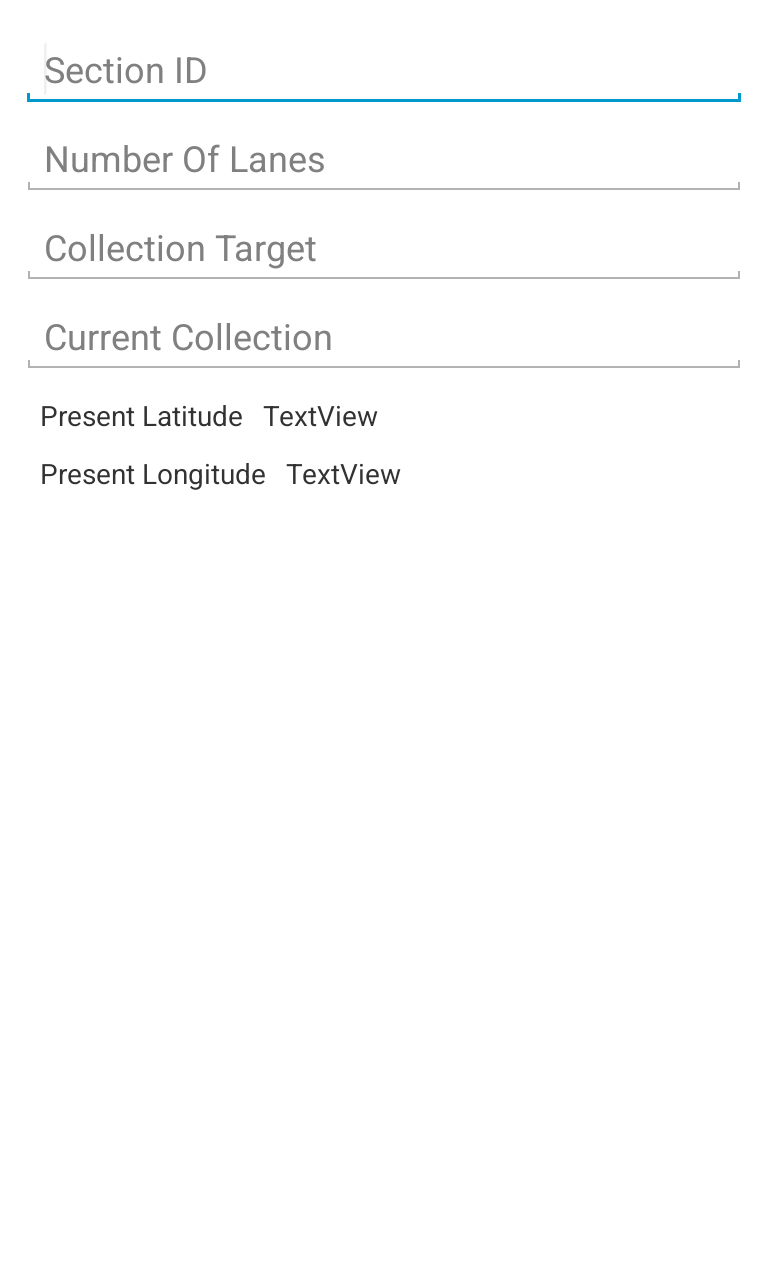
Repository: greatrakshit/Personal
Layout: POIRecorder/res/layout/activity_toll_booth.xml
An editor plug-in stored every save of this project. The layout is shown before and after the next save, followed by the edit.
It is drawn on a 768 x 1280 px phone screen (xhdpi) without system bars, with theme AppTheme; the app's code is not run.

Above is the layout before, as saved 2014-09-14 13:20:20.

After the next save:
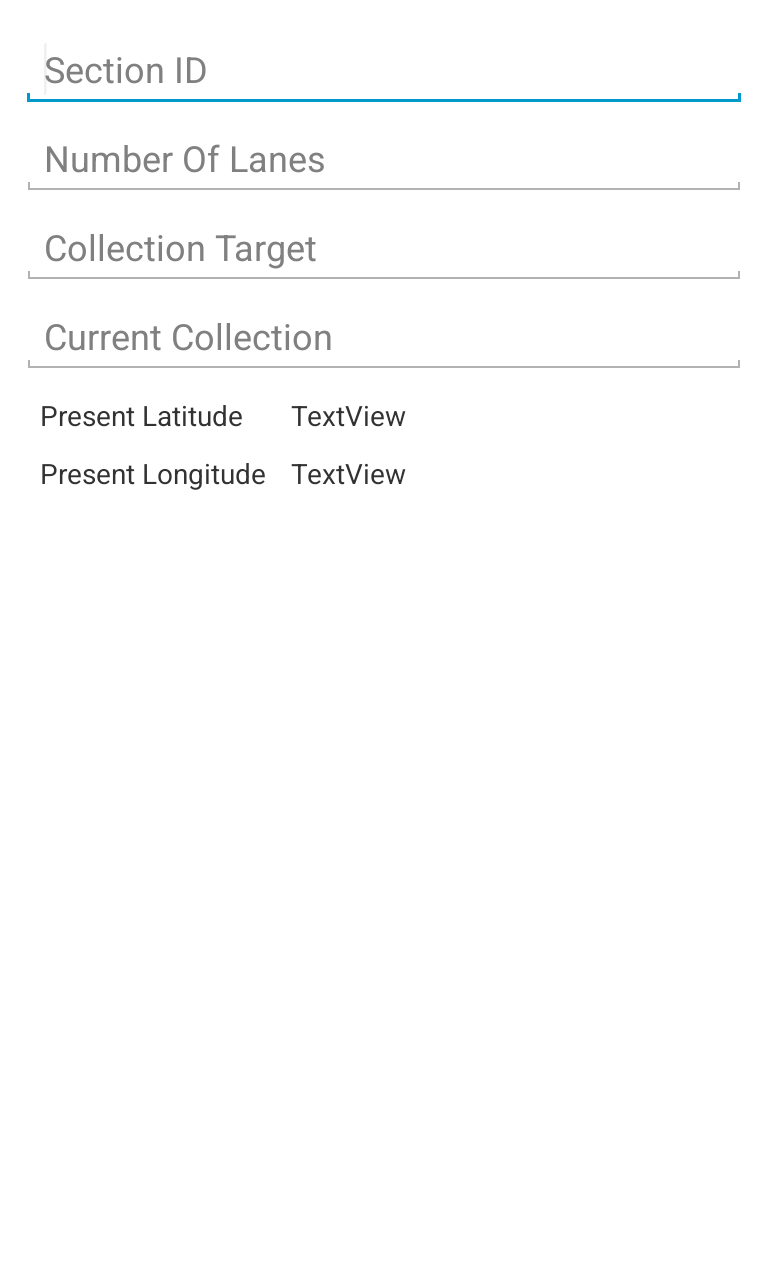
Saved 118 s later.
--- a/POIRecorder/res/layout/activity_toll_booth.xml
+++ b/POIRecorder/res/layout/activity_toll_booth.xml
@@ -54,11 +54,12 @@
             android:layout_height="wrap_content"
             android:layout_marginLeft="10dp"
             android:layout_marginRight="10dp"
+            android:minEms="7"
             android:text="@string/present_latitude" />
 
         <TextView
             android:id="@+id/textView2"
-            android:layout_width="wrap_content"
+            android:layout_width="match_parent"
             android:layout_height="wrap_content"
             android:text="TextView" />
 
@@ -74,11 +75,12 @@
             android:layout_height="wrap_content"
             android:layout_marginLeft="10dp"
             android:layout_marginRight="10dp"
+            android:minEms="7"
             android:text="@string/present_longitude" />
 
         <TextView
             android:id="@+id/textView4"
-            android:layout_width="wrap_content"
+            android:layout_width="match_parent"
             android:layout_height="wrap_content"
             android:text="TextView" />
 
